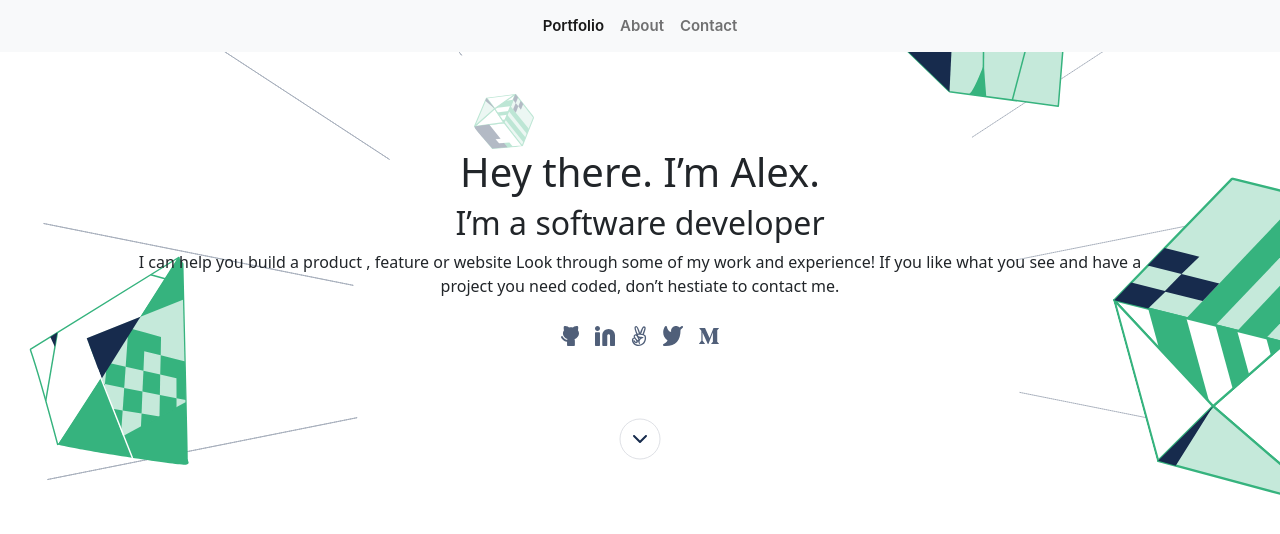
Repository: mustabbas/mustDico-Bootstrap
Page: index.html
An editor plug-in stored every save of this project. The page is shown before and after the next save, followed by the edit.
The browser window is 1280 px wide. The pictures show the whole page.

Above is the page before, as saved 2021-08-25 20:58:00.

After the next save:
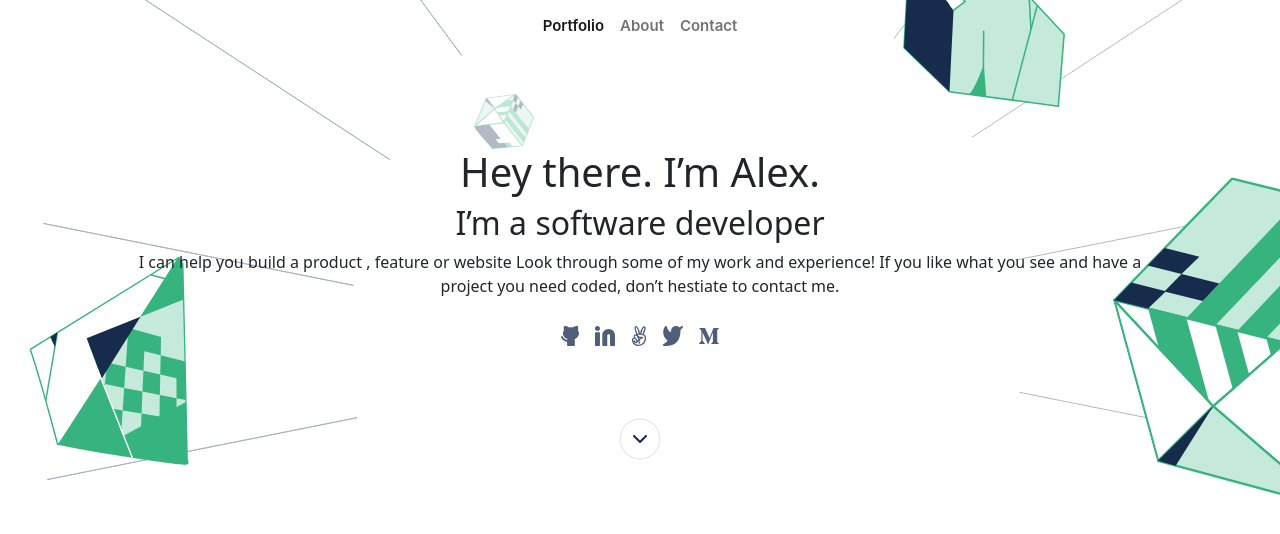
Saved 2 min 26 s later.
--- a/index.html
+++ b/index.html
@@ -11,7 +11,7 @@
 </head>
 <body>
     <section class="Heading">
-    <nav class="navbar navbar-expand-lg navbar-light bg-light">
+    <nav class="navbar navbar-expand-lg navbar-light">
         <div class="container-fluid">
           <button class="navbar-toggler" type="button" data-bs-toggle="collapse" data-bs-target="#navbarNav" aria-controls="navbarNav" aria-expanded="false" aria-label="Toggle navigation">
             <span class="navbar-toggler-icon"></span>
